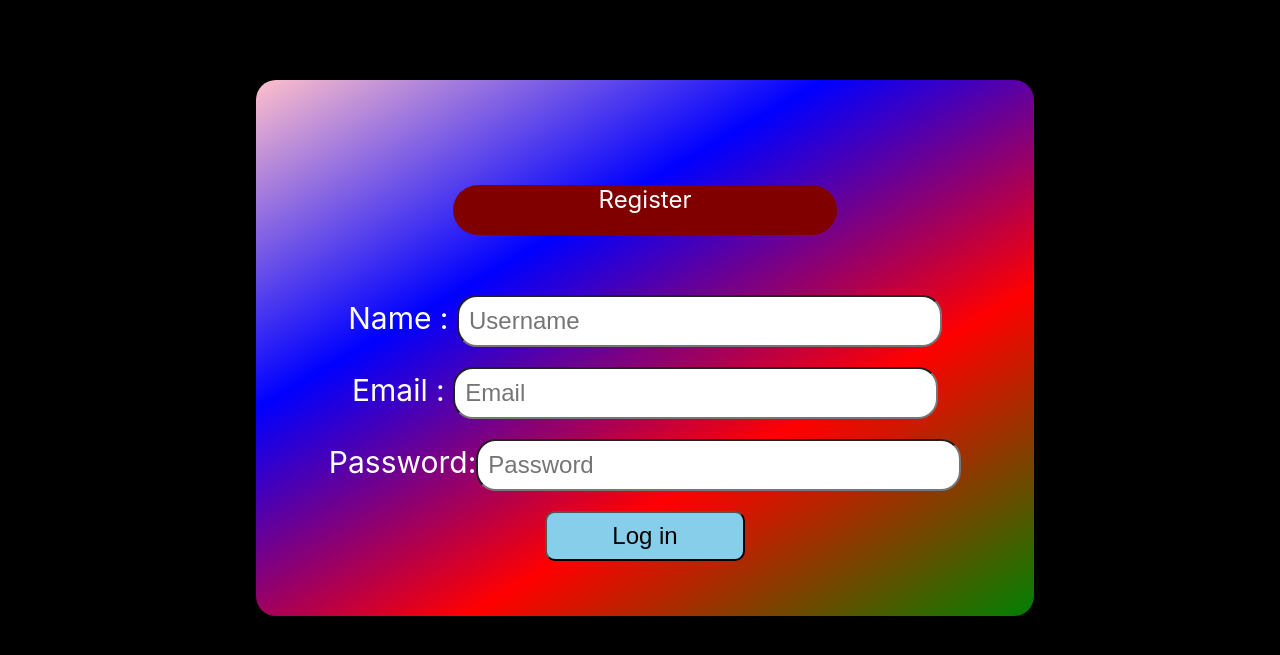
Repository: abhaysharma20233009/swiftKey
Page: /login (app in frontend/my-app/)
An editor plug-in stored every save of this project. The page is shown before and after the next save, followed by the edit.
The browser window is 1280 px wide. The pictures show the whole page.
The project was rebuilt for these pictures with package versions that can differ from the ones it lists, and the page was loaded fresh each time. Also part of the build but not shown: frontend/my-app/src/Swifts.js, frontend/my-app/src/Results.js.

Above is the page before, as saved 2024-10-10 20:33:02.

### frontend/my-app/src/App.js
//App.js

import './App.css';
import React from 'react';
import { BrowserRouter as Router, Route, Routes } from 'react-router-dom';
import Swift from './Swifts';
import Results from './Results';
import Login from './Login';
const App = () => {
    return (
        <Router>
			<div className="App">
            <Routes>
                <Route path="/" element={<Swift />} />
                <Route path="/results" element={<Results />} />
                <Route path="/login" element={<Login />} />
            </Routes>
			</div>
        </Router>
    );
};

export default App;

### frontend/my-app/src/App.css
.App {
  text-align: center;
  color:white;
}

body{
  background-color:black;
}

.log{
  color:black;
  margin-left: 10px;
  margin-right: 10px;
  background-color: skyblue;
  border-radius: 10px;
  height:50px;
  width:200px;
  justify-self: end;
  font-size: x-large;
  margin-top:10px;
  margin-bottom:50px;
}




.in{
  border-radius:20px;
  font-size: 24px;
  width: 60%;
  padding: 10px;
  margin: 10px 0;
}

.hea{
  margin-top: 100px;
  margin-bottom: 50px;
  margin-left:25%;
  background-color: lightgray;
  font-size: 24px;
  background-color:rgb(128, 0, 0);
  width:50%;
  height:50px;
  border-radius:30px;
  text-align: center;
}

.lo{
  text-align:center;
}
.Timer{
  height:50px;
  font-size:30px;
  margin-bottom: 10px;
  background-color:green;
  width:50px;
  margin-left:48%;
  border-radius: 15px;
}

.form{
  font-size: 30px;
  margin-top:80px;
  padding:5px;
  background:linear-gradient(150deg,pink,blue,red,green);
  background-color:rgb(169, 90, 63);
  width:60%;
  border-radius:20px;
  margin-left:20%;
}

### frontend/my-app/src/Login.js
// Register.js
import React, { useState } from 'react';
import { useNavigate } from 'react-router-dom';
const Login = () => {
    const [username, setUsername] = useState('');
    const [email, setEmail] = useState('');
    const [password, setPassword] = useState('');

    const navigate = useNavigate();
    const fetchUser = async () => {
        try {
            await fetch('http://localhost:7000/login');

        } catch (error) {
            console.error('Error fetching messages:', error);
        }
    };

    const log = async () => {
        try {
            navigate('/', { state: { username,email } });
            const response = await fetch('http://localhost:7000/login', {
                method: 'POST',
                headers: {
                    'Content-Type': 'application/json',
                },
                body: JSON.stringify({ userName: username, email, password }),
            });

            if (!response.ok) {
                const errorData = await response.json();
                alert(errorData.message || errorData.error);
                return;
            }else{
                alert("user successfully registered");
            }
            // Reset fields
            setUsername('');
            setPassword('');

            // Navigate to Swifts with username

            await fetchUser();

        } catch (error) {
            console.error('Error login:', error);
        }
    }


    return (
        <div>

            <form className ="form">
            <div  className='hea'>Register</div>
               Name  :   <input
                    className="in"
                    type="text"
                    placeholder="Username"
                    value={username}
                    onChange={(e) => setUsername(e.target.value)}
                    required
                />
                <br/>
                 Email   : <input
                className="in"
                    type="email"
                    placeholder="Email"
                    value={email}
                    onChange={(e) => setEmail(e.target.value)}
                    required
                />
                <br/>
                Password:<input

                className="in"
                    type="password"
                    placeholder="Password"
                    value={password}
                    onChange={(e) => setPassword(e.target.value)}
                    required
                />
                <br/>
                <button className="log" onClick={log}>Log in</button>
            </form>
        </div>
    );
};

export default Login;

Loaded but not shown: frontend/my-app/public/index.html (common file); frontend/my-app/src/index.js (common file); frontend/my-app/src/index.css (common file); frontend/my-app/src/reportWebVitals.js (common file)

After the next save:
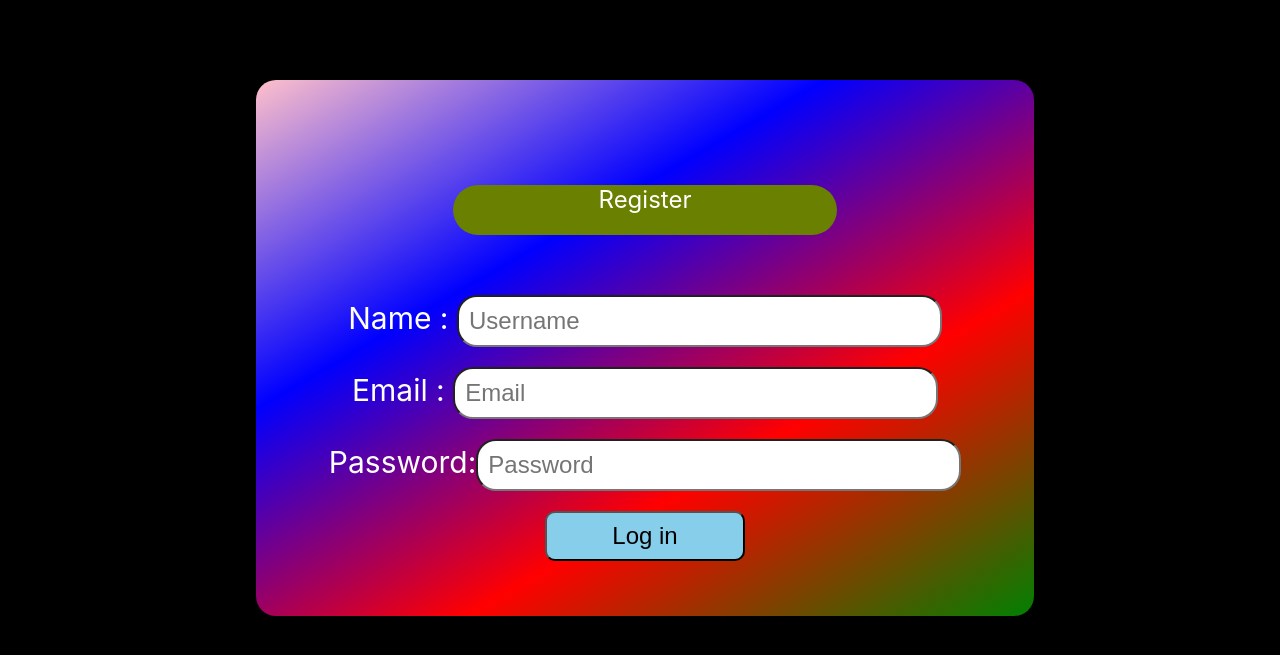
Saved 13 s later.
--- a/frontend/my-app/src/App.css
+++ b/frontend/my-app/src/App.css
@@ -38,7 +38,7 @@ body{
   margin-left:25%;
   background-color: lightgray;
   font-size: 24px;
-  background-color:rgb(128, 0, 0);
+  background-color:rgb(105, 128, 0);
   width:50%;
   height:50px;
   border-radius:30px;
